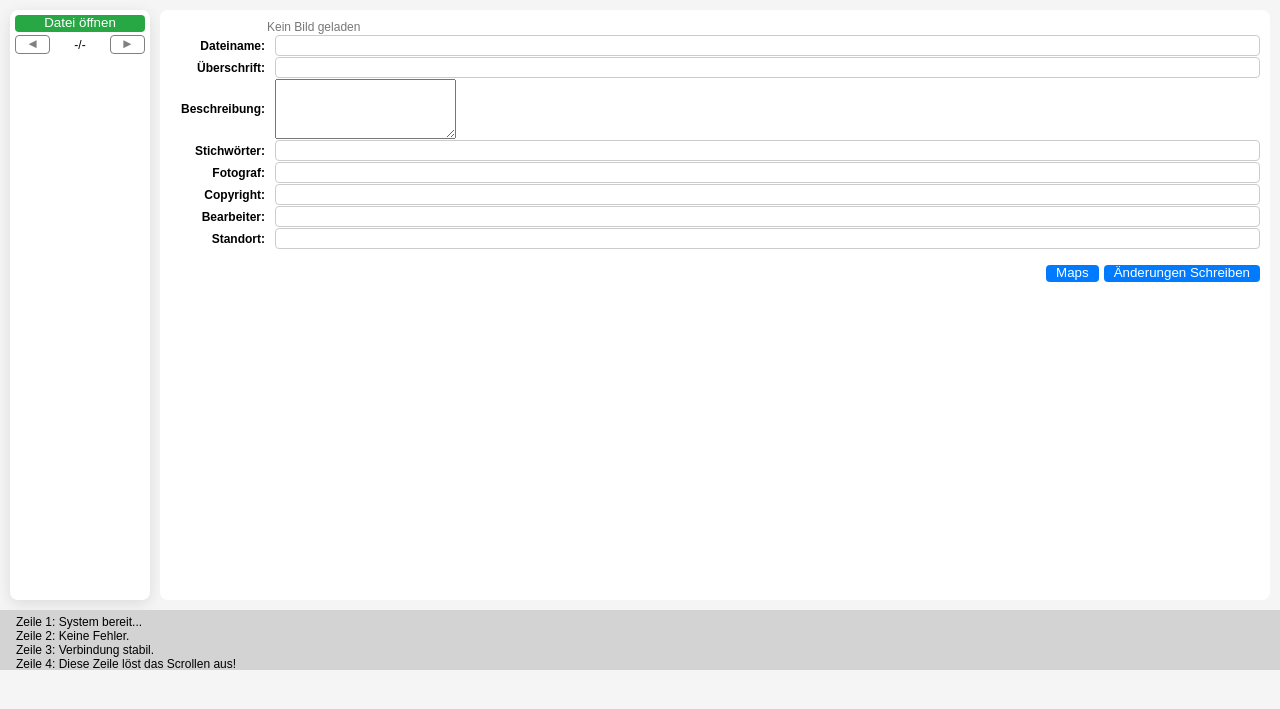
Repository: h-fahle/metadata
Page: ui/index.html
An editor plug-in stored every save of this project. The page is shown before and after the next save, followed by the edit.
The browser window is 1280 px wide. The pictures show the whole page.

Above is the page before, as saved 2026-08-19 15:26:52.

After the next save:
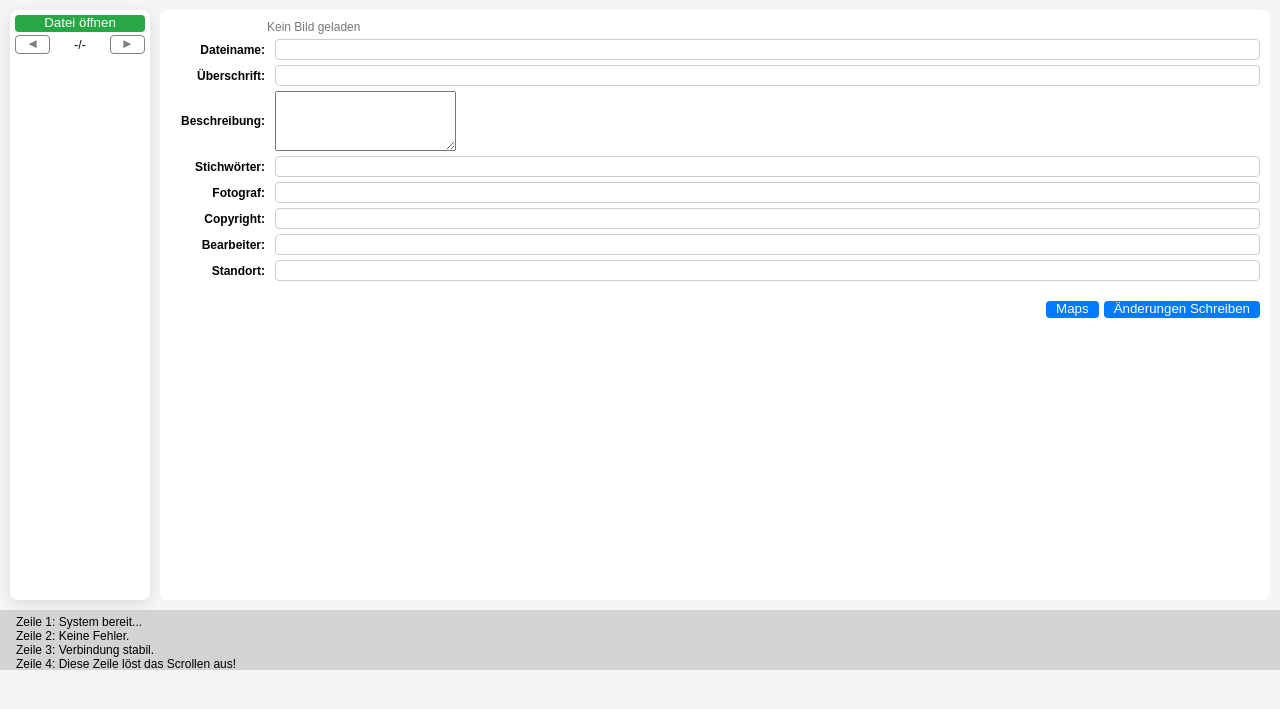
Saved 14 s later.
--- a/ui/style.css
+++ b/ui/style.css
@@ -46,7 +46,7 @@ html, body {
 	padding: 10px;
 	display: flex;
 	flex-direction: column;
-	gap: 1px;
+	gap: 5px;
 }
 
 /* Jede Zeile wird zu einer horizontalen Flexbox */
